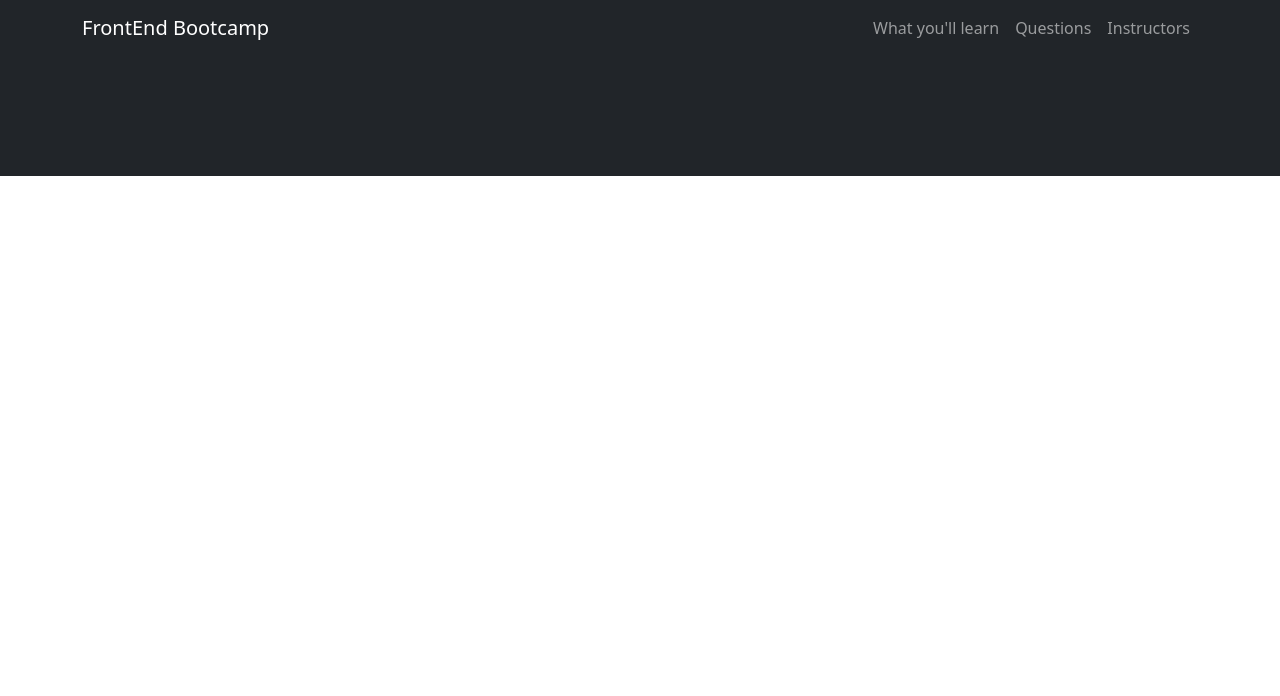
Repository: HaziimYassien/Front-End-BootCamp-__BootStrap-Project
Page: Front End BootCamp2/index.html
An editor plug-in stored every save of this project. The page is shown before and after a run of saves, followed by the edit.
The browser window is 1280 px wide. The pictures show the whole page.

Above is the page before, as saved 2024-01-12 02:04:54.

### Front End BootCamp2/index.html
<!DOCTYPE html>
<html lang="en">
  <head>
    <meta charset="utf-8" />
    <meta name="viewport" content="width=device-width, initial-scale=1" />
    <title>Frontend Bootcamp</title>
    <link
      href="https://cdn.jsdelivr.net/npm/bootstrap@5.3.2/dist/css/bootstrap.min.css"
      rel="stylesheet"
      integrity="sha384-T3c6CoIi6uLrA9TneNEoa7RxnatzjcDSCmG1MXxSR1GAsXEV/Dwwykc2MPK8M2HN"
      crossorigin="anonymous"
    />
    <link rel="stylesheet" href="style.css" />
  </head>
  <body>
    <!-- START _NavigationBar -->
    <nav class="navbar navbar-expand-lg bg-dark navbar-dark">
      <div class="container">
        <a href="#" class="navbar-brand">FrontEnd Bootcamp</a>
        <button
          class="navbar-toggler"
          type="button"
          data-bs-toggle="collapse"
          data-bs-target="#navmenu"
        >
          <span class="navbar-toggler-icon"></span>
        </button>
        <div class="collapse navbar-collapse" id="navmenu">
          <ul class="navbar-nav ms-auto">
            <li class="nav-item">
              <a href="#learn" class="nav-link">What you'll learn</a>
            </li>
            <li class="nav-item">
              <a href="#questions" class="nav-link">Questions</a>
            </li>
            <li class="nav-item">
              <a href="#instructors" class="nav-link">Instructors</a>
            </li>
          </ul>
        </div>
      </div>
    </nav>
    <!-- END _NavigationBar -->

    <!-- START _ShowCase -->
    <section class="bg-dark text-light p-5 text-center">
      <div class="container">
        <div>
          <div></div>
          <img src="" alt="" />
        </div>
      </div>
    </section>
    <script
      src="https://cdn.jsdelivr.net/npm/bootstrap@5.3.2/dist/js/bootstrap.bundle.min.js"
      integrity="sha384-C6RzsynM9kWDrMNeT87bh95OGNyZPhcTNXj1NW7RuBCsyN/o0jlpcV8Qyq46cDfL"
      crossorigin="anonymous"
    ></script>
  </body>
</html>

Loaded but not shown: Front End BootCamp2/style.css (no copy from this time; the picture is the same without it)

After the next 2 saves:
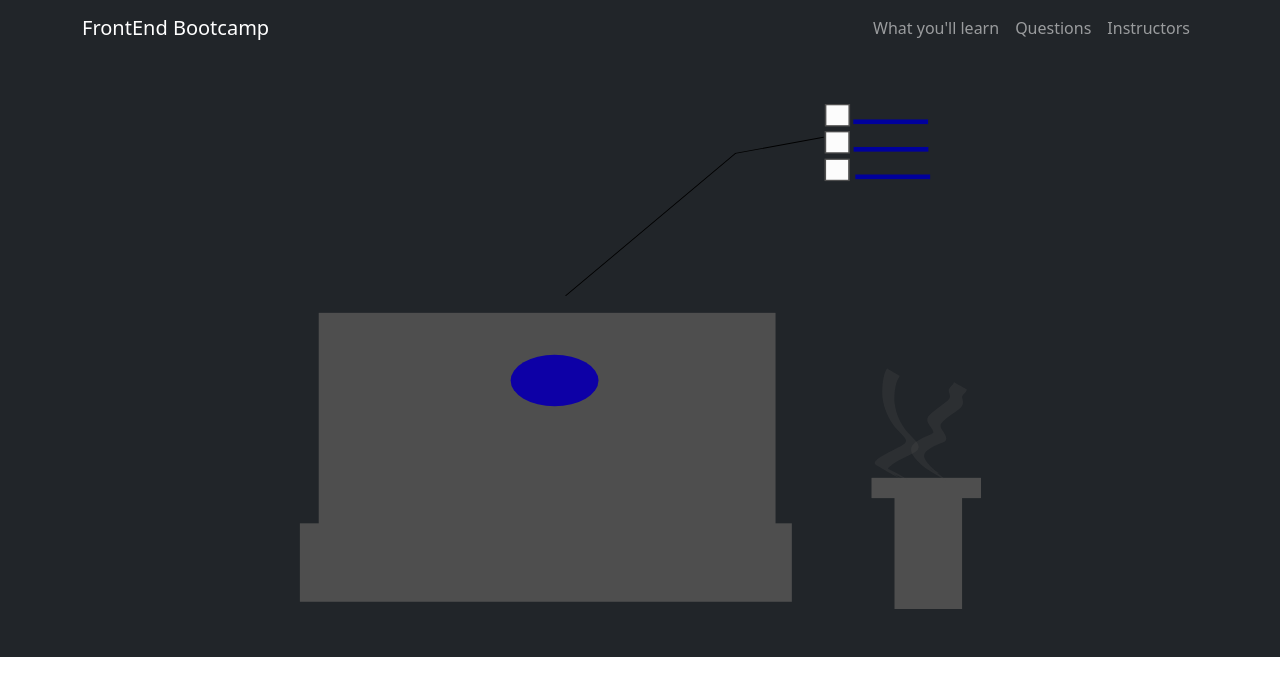
The 2 saves are shown as one change because they came seconds apart.
The last was saved 10 s later.
--- a/Front End BootCamp2/index.html
+++ b/Front End BootCamp2/index.html
@@ -47,7 +47,7 @@
       <div class="container">
         <div>
           <div></div>
-          <img src="" alt="" />
+          <img src="img/FirstImage_BootCampProject.svg" alt="" />
         </div>
       </div>
     </section>
